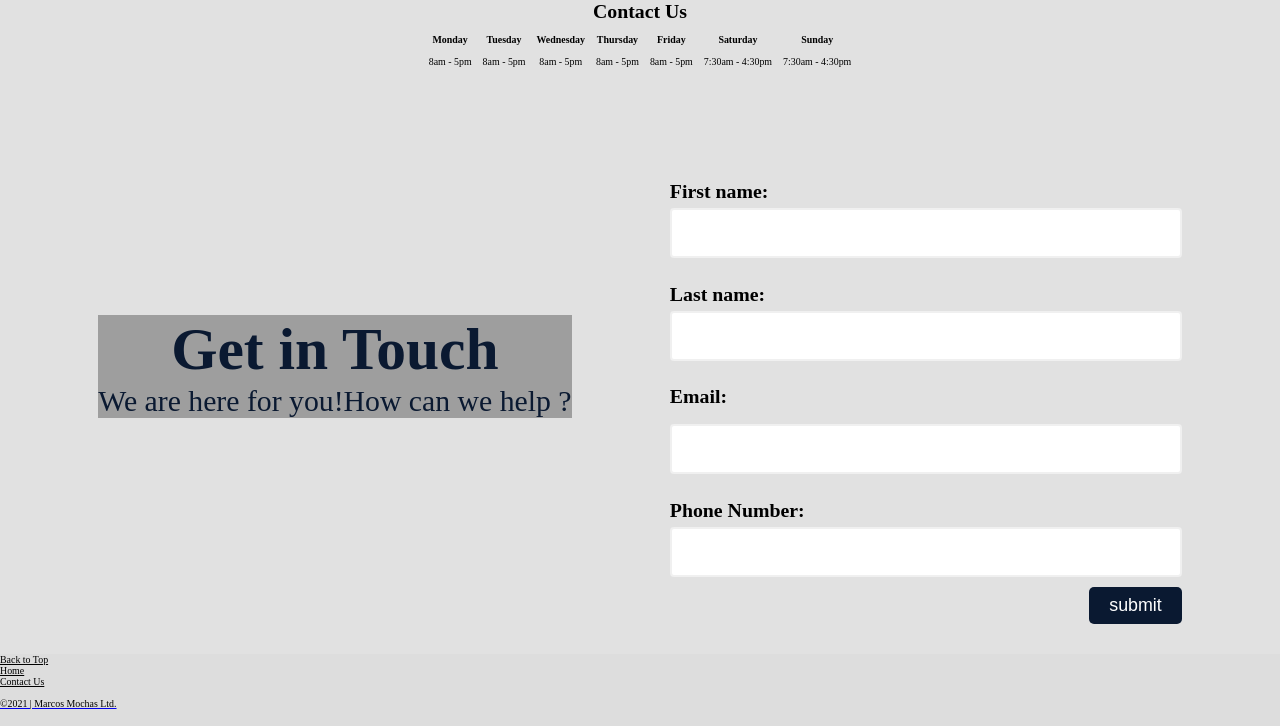
Repository: CAMPSLOPY/marcos-mochas
Page: HTML/contact.html
The author's editor kept a copy of each file at every save. The page is drawn from the files as they stood at one save, then again after the next save.
The browser window is 1280 px wide. The pictures show the whole page.
Pictures or frames that could not be fetched are drawn as grey boxes.

Above is the page before, as saved 2021-07-02 19:30:39.

After the next save:
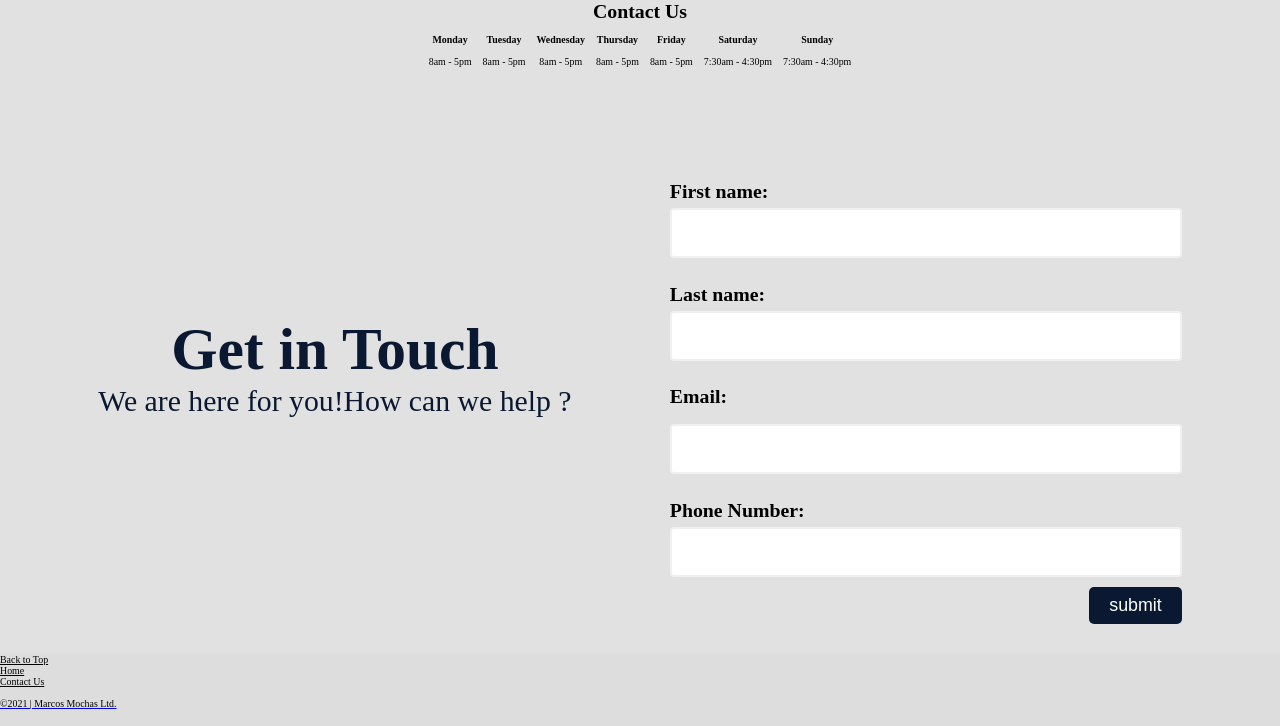
Saved 43 s later.
--- a/CSS/contact.css
+++ b/CSS/contact.css
@@ -51,7 +51,7 @@
 .form-content-text{
     font-size: 3rem;
     color: #0A1931;
-    height: 100%;
+    height: 10
     background-image: url('/contact-svg.svg');
 }
 .contact-form{

After the 2 saves that followed:
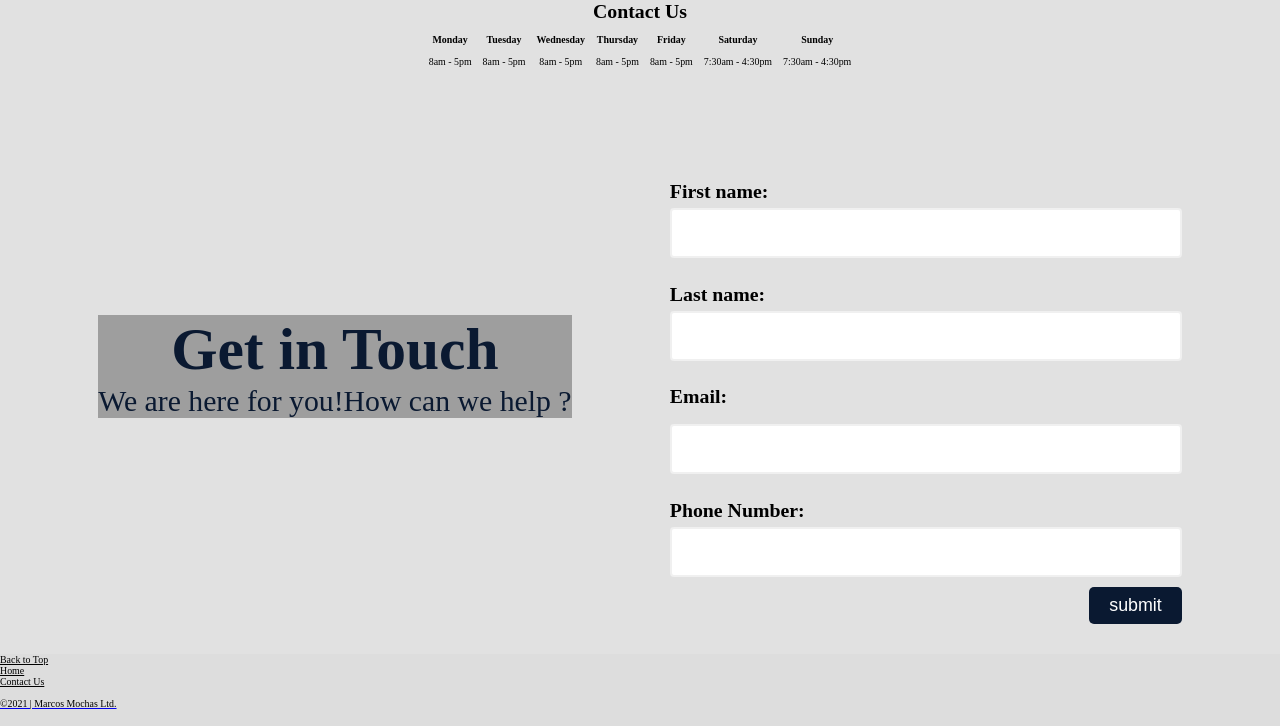
The 2 saves are shown as one change because they came seconds apart.
The last was saved 7 s later.
--- a/CSS/contact.css
+++ b/CSS/contact.css
@@ -51,7 +51,7 @@
 .form-content-text{
     font-size: 3rem;
     color: #0A1931;
-    height: 10
+    width: ;
     background-image: url('/contact-svg.svg');
 }
 .contact-form{
